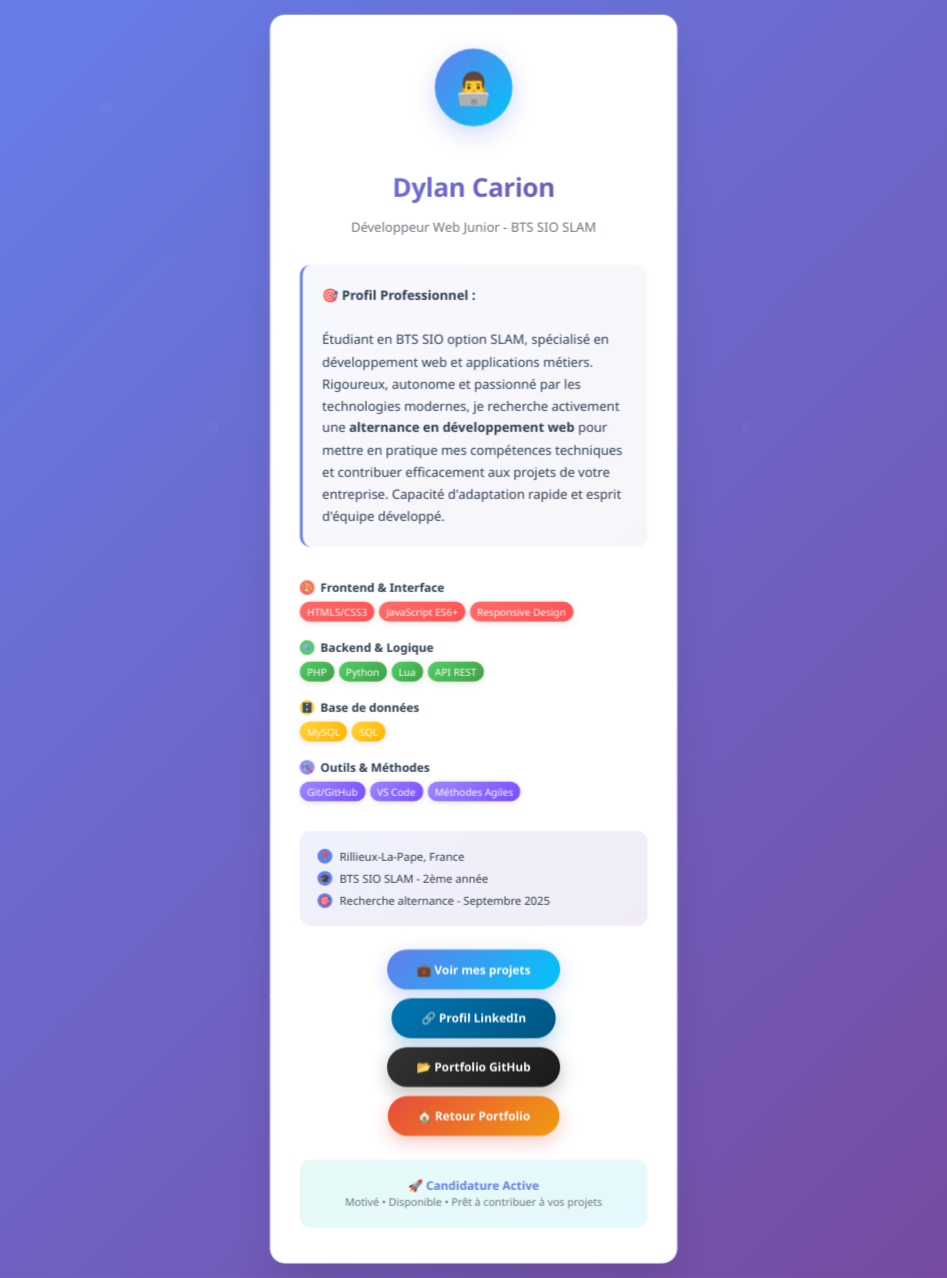
Repository: gato2fraises/Portfolio
Page: cv.html
An editor plug-in stored every save of this project. The page is shown before and after the next save, followed by the edit.
The browser window is 1280 px wide. The pictures show the whole page, at 74% of full size.

Above is the page before, as saved 2025-09-10 15:35:52.

After the next save:
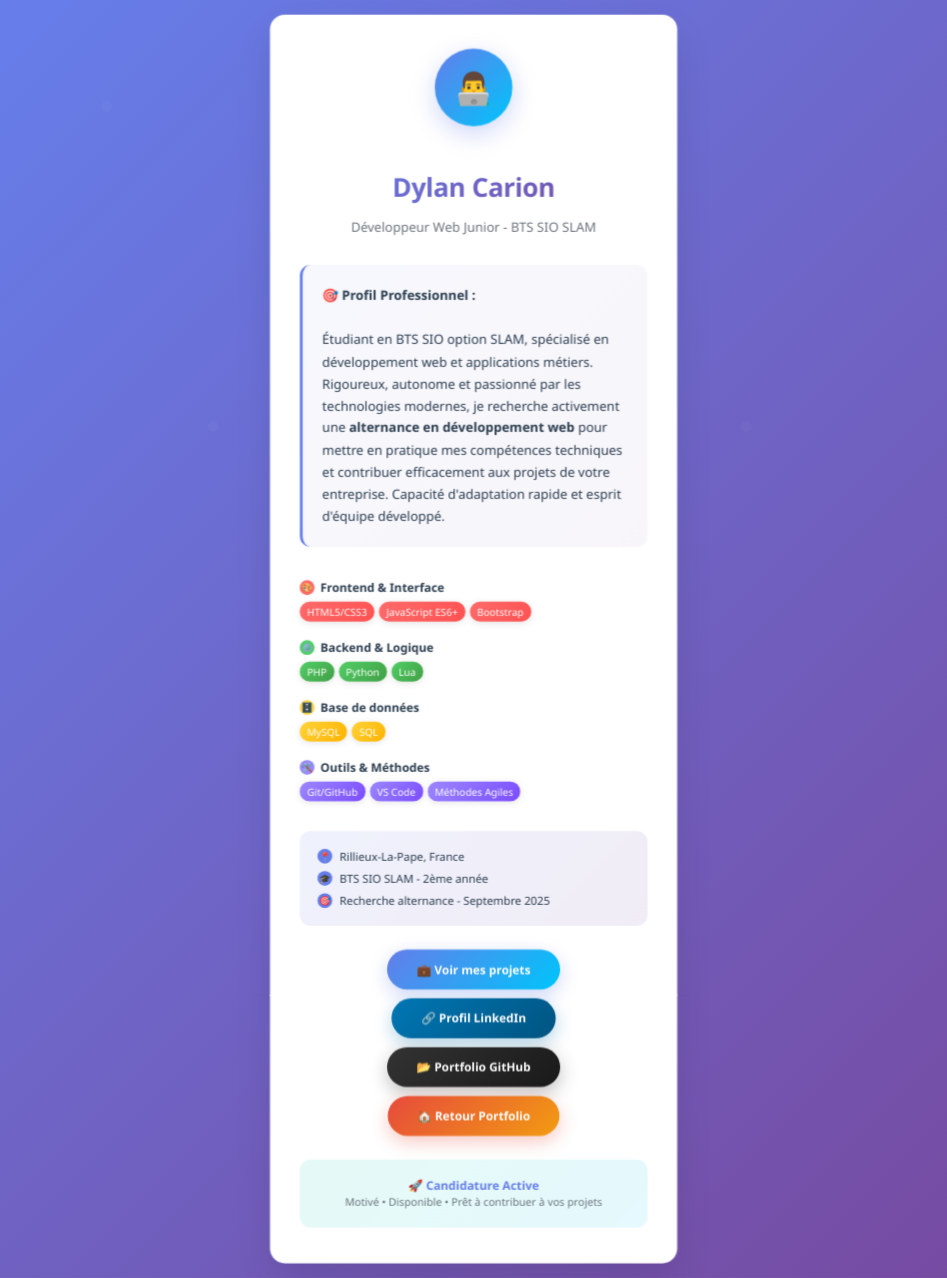
Saved 67 s later.
--- a/cv.html
+++ b/cv.html
@@ -420,7 +420,7 @@
                 <div class="skills">
                     <span class="skill-tag">HTML5/CSS3</span>
                     <span class="skill-tag">JavaScript ES6+</span>
-                    <span class="skill-tag">Responsive Design</span>
+                    <span class="skill-tag">Bootstrap</span>
                 </div>
             </div>
 
@@ -433,7 +433,6 @@
                     <span class="skill-tag">PHP</span>
                     <span class="skill-tag">Python</span>
                     <span class="skill-tag">Lua</span>
-                    <span class="skill-tag">API REST</span>
                 </div>
             </div>
 
